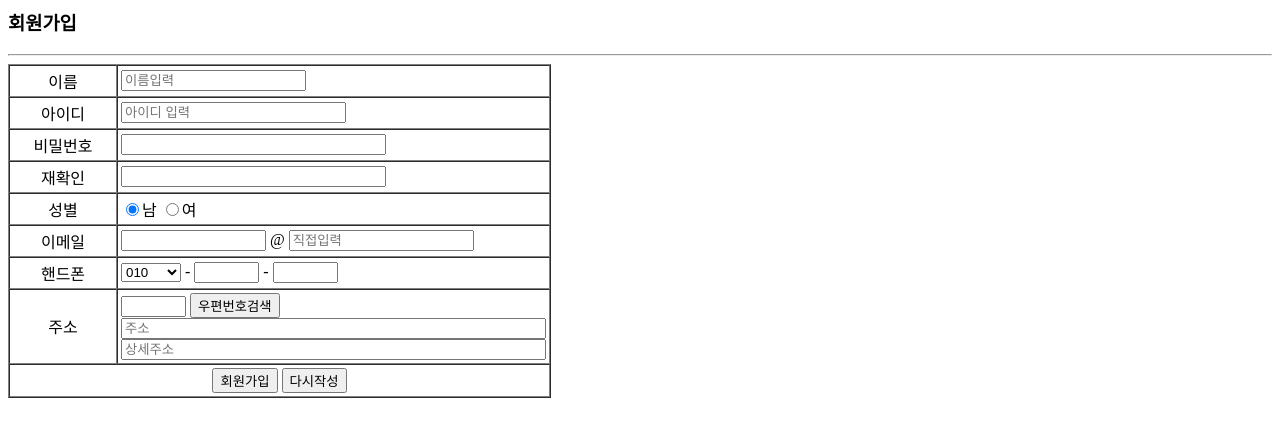
Repository: woodddd/spring
Page: http://localhost/SpringMVC/member/writeForm.jsp
These files come from the project's save history. The page is drawn as it stood at one moment and after the next save; the edit follows.
The browser window is 1280 px wide. The pictures show the whole page.
The page is served by Tomcat 9. Nobody is signed in. The application's start-up code is not run. Other server files are loaded and not shown.

Above is the page before, as saved 2021-02-18 06:50:25.

### workspace/SpringMVC/src/main/webapp/member/writeForm.jsp
<%@ page language="java" contentType="text/html; charset=UTF-8"
    pageEncoding="UTF-8"%>


<form name="writeForm" method="post" action="/spring/member/write">
<h3>회원가입</h3>
<hr>
<table border="1" cellpadding="3" cellspacing="0">
<tr>
	<td width="100" align="center">이름</td>
	<td>
		<input type="text" id="name" name="name" placeholder="이름입력">
		<div id="nameDiv"></div>
	</td>
</tr>

<tr>
	<td align="center">아이디</td>
	<td>
		<input type="text" id="id" name="id" size="25" placeholder="아이디 입력">
		<input type="hidden" id="check" value="">
		<div id="idDiv"></div>
	</td>
</tr>

<tr>
	<td align="center">비밀번호</td>
	<td>
		<input type="password" name="pwd" id="pwd" size="30">
		<div id="pwdDiv"></div>
	</td>

</tr>

<tr>
	<td align="center">재확인</td>
	<td>
		<input type="password" name="repwd" id="repwd" size="30">
		<div id="repwdDiv"></div>
	</td>
</tr>

<tr>
	<td align="center">성별</td>
	<td>
		<input type="radio" name="gender" value="0" checked>남
		<input type="radio" name="gender" value="1">여
	</td>
</tr>

<tr>
	<td align="center">이메일</td>
	<td>
		<input type="text" name="email1" size="15">
		@
		<input type="email" name="email2" list="email2" placeholder="직접입력">
		<datalist id="email2">
			<option value="gmail.com">
			<option value="naver.com">
			<option value="hanmail.net">
		</datalist>
	</td>
</tr>

<tr>
	<td align="center">핸드폰</td>
	<td>
	<select name="tel1" style="width: 60px;">
		<option value="010">010
		<option value="011">011
		<option value="019">019
	</select>
	 -
	 <input type="text" name="tel2" size="5">
	 -
	 <input type="text" name="tel3" size="5"></td>
</tr>

<tr>
	<td align="center">주소</td>
	<td>
		<input type="text" id="postcode" name="zipcode" size="5" readonly>
		<input type="button" value="우편번호검색" id="checkPostBtn"><br>
		<input type="text" id="address" name="addr1" size="50"  readonly placeholder="주소"><br>
		<input type="text" id="detailAddress" name="addr2" size="50" placeholder="상세주소">
	</td>
</tr>

<tr>
	<td colspan="2" align="center">
	<input type="button" id="writeBtn" value="회원가입">
	<input type="reset" value="다시작성">
</tr>
</table>
</form>
<script type="text/javascript" src="https://code.jquery.com/jquery-3.5.1.min.js"></script>
<script type="text/javascript" src="../js/member.js"></script>

### workspace/SpringMVC/src/main/webapp/js/member.js
//회원가입
$('#writeBtn').click(function(){
	$('#nameDiv').empty();
	$('#idDiv').empty();
	$('#pwdDiv').empty();
	$('#repwdDiv').empty();

	//if($('#name').val()==''){
	if($('input[id=name]').val()==''){//위와 동일한 방식
		$('#nameDiv').text('이름을 입력해주세요.')
		$('#nameDiv').css('color','red');
		$('#nameDiv').css('font-size','8pt');
		$('#nameDiv').css('font-weight','bold');

	}else if($('#id').val()==''){
		$('#idDiv').text('아이디를 입력해주세요')
		$('#idDiv').css('color','red');
		$('#idDiv').css('font-size','8pt');
		$('#idDiv').css('font-weight','bold');

	//}else if($('#pwd').val()==''){ id속성을 생성하지 않고 name 으로 하는 방법
	}else if($('#pwd').val()==''){//$('태그명[name=변수명]')
		$('#pwdDiv').text('비밀번호를 입력해주세요')
		$('#pwdDiv').css('color','red');
		$('#pwdDiv').css('font-size','8pt');
		$('#pwdDiv').css('font-weight','bold');

	}else if($('#repwd').val()!=$('#pwd').val()){
		$('#repwdDiv').text('비밀번호가 맞지 않습니다')
		$('#repwdDiv').css('color','red');
		$('#repwdDiv').css('font-size','8pt');
		$('#repwdDiv').css('font-weight','bold');
	}else if($('#id').val() != $('#check').val()){
		$('#idDiv').text('중복체크를 해주세요')
		$('#idDiv').css('color','red');
		$('#idDiv').css('font-size','8pt');
		$('#idDiv').css('font-weight','bold');
	}else{

		$('form[name=writeForm]').submit();
	}
});

//중복 아이디 체크.(중복체크버튼 제거했음)
$('#id').focusout(function(){
	if($('#id').val()==''){
		$('#idDiv').text('먼저 아이디를 입력하세요')
		$('#idDiv').css('color','magenta')
		$('#idDiv').css('font-size','8pt')
		$('#idDiv').css('font-weight','bold');

	}else{
		$.ajax({
			type: 'post',
			url: '/spring/member/checkId',
			data: 'id='+$('#id').val(),
			dataType: 'text',
			success: function(data){
				if(data == 'exist'){
					$('#idDiv').text('사용 불가능')
					$('#idDiv').css('color','magenta')
					$('#idDiv').css('font-size','8pt')
					$('#idDiv').css('font-weight','bold');

				}else if(data == 'non_exist'){
					$('#check').val($('#id').val());

					$('#idDiv').text('사용 가능')
					$('#idDiv').css('color','blue')
					$('#idDiv').css('font-size','8pt')
					$('#idDiv').css('font-weight','bold');
				}
			}
		});
	}
});

//우편번호

$('#checkPostBtn').click(function(){
	window.open("/spring/member/checkPost","zipcode","width=700 height=500 scrollbars=yes");
});

$('#checkPostSearchBtn').click(function(){
	$.ajax({
		type: 'post',
		url: '/spring/member/checkPostSearch',
		data: $('#checkPostForm').serialize() ,
		dataType: 'json',
		success: function(data){
			//alert(JSON.stringify(data));
			$('#checkPostTable tr:gt(2)').remove();

			$.each(data.list,function(index,items){
				var address = items.sido+' '
							+ items.sigungu+' '
							+ items.yubmyundong+' '
							+ items.ri+' '
							+ items.roadname+' '
							+ items.buildingname;

				address = address.replace(/null/g, '') //정규식 표현법 !  -  null이라는 글자를 전체에서 찾아서 ''으로 변환하겠다.

				$('<tr/>').append($('<td/>',{
					align: 'center',
					text: items.zipcode

				})).append($('<td/>',{
					colspan: '3',
					}).append($('<a/>',{
						href: '#',
						id: 'addressA',
						text: address
					}))
				).appendTo($('#checkPostTable'));
			});//each

			$('a').click(function(){//a태그가 클릭될때,
				//this - a 태그중 클릭된 a 태그
				//alert($(this).prop('tagName'));

				//prop - javascript property를 취급한다
				//선택된 요소의 속성과 값을 설정하거나 리턴합니다.
				//$(this).parent() => td

				//alert($(this).parent().prev()); - > 부모노드의 td중 이전 td의 값

				//alert($(this).parent().prev().text()); // 위의 태그 값찍기.

				$('#postcode', opener.document).val($(this).parent().prev().text()); //$('#postcode', opener.document) 열려있는 창들중에 id가 postcode인 태그.
				//a태그의 부모태그인 td태그의 이전태그의 text.
				$('#address', opener.document).val($(this).text());//a태그의 텍스트
				$('#detailAddress', opener.document).focus(); //jquery 의 문법을 사용. ajax 는 parentNode 와 같이 사용을 한다.
				window.close();
			});

		},
		error: function(err){
			console.log(err);
		}
	});
});//serialize() - id가 checkPostForm 인 태그의 name 변수를 넘겨달라. 'sido='+$('#sido').val() + '&sigungu=' + $('sigungu').val() ... 로 넘어감.


//회원정보 수정
$('#modifyBtn').click(function(){
	$('#nameDiv').empty();
	$('#pwdDiv').empty();
	$('#repwdDiv').empty();

	if($('#name').val()==''){
		$('#nameDiv').text('이름을 입력')
		$('#nameDiv').css('color','red');
		$('#nameDiv').css('font-size','8pt');
		$('#nameDiv').css('font-weight','bold');

	}else if($('input[name=pwd]').val()==''){//$('태그명[name=변수명]')
		$('#pwdDiv').text('비밀번호를 입력')
		$('#pwdDiv').css('color','red');
		$('#pwdDiv').css('font-size','8pt');
		$('#pwdDiv').css('font-weight','bold');

	}else if($('input[name=repwd]').val()!=$('input[name=pwd]').val()){
		$('#repwdDiv').text('비밀번호가 맞지 않습니다')
		$('#repwdDiv').css('color','red');
		$('#repwdDiv').css('font-size','8pt');
		$('#repwdDiv').css('font-weight','bold');
	}else{
		$.ajax({
			type: 'post',
			url: '/spring/member/modify',
			data: $('#modifyForm').serialize() ,
			success: function(){
				alert('회원정보 수정 완료');
				location.href='/spring/index.jsp';
			},
			error: function(err){
				console.log(err);
			}
		});
	}
});

After the next save:
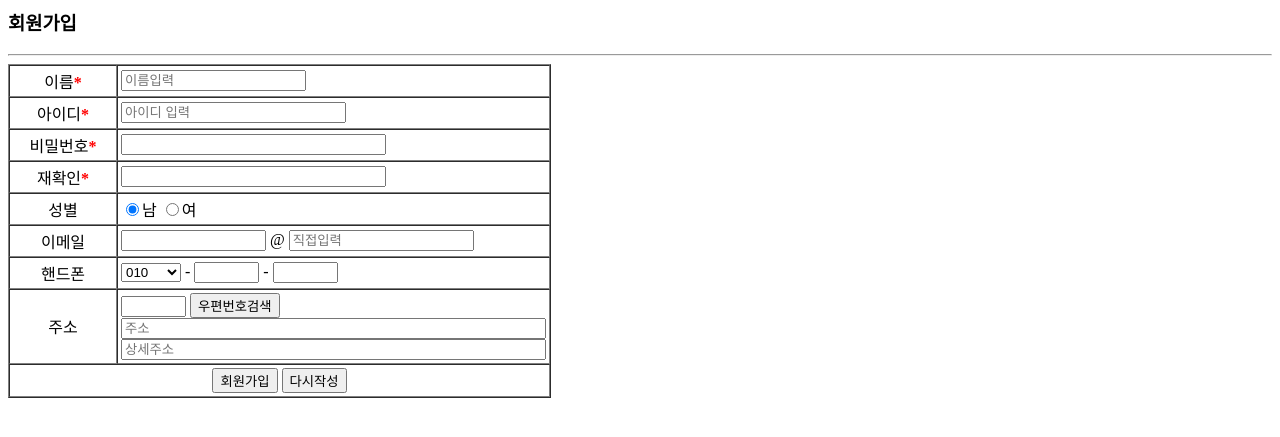
Saved 9 min 58 s later.
--- a/workspace/SpringMVC/src/main/webapp/member/writeForm.jsp
+++ b/workspace/SpringMVC/src/main/webapp/member/writeForm.jsp
@@ -7,7 +7,7 @@
 <hr>
 <table border="1" cellpadding="3" cellspacing="0">
 <tr>
-	<td width="100" align="center">이름</td>
+	<td width="100" align="center">이름<span style="color:red; font-weight:bold;">*</span></td>
 	<td>
 		<input type="text" id="name" name="name" placeholder="이름입력">
 		<div id="nameDiv"></div>
@@ -15,7 +15,7 @@
 </tr>
 
 <tr>
-	<td align="center">아이디</td>
+	<td align="center">아이디<span style="color:red; font-weight:bold;">*</span></td>
 	<td>
 		<input type="text" id="id" name="id" size="25" placeholder="아이디 입력">
 		<input type="hidden" id="check" value="">
@@ -24,7 +24,7 @@
 </tr>
 
 <tr>
-	<td align="center">비밀번호</td>
+	<td align="center">비밀번호<span style="color:red; font-weight:bold;">*</span></td>
 	<td>
 		<input type="password" name="pwd" id="pwd" size="30">
 		<div id="pwdDiv"></div>
@@ -33,7 +33,7 @@
 </tr>
 
 <tr>
-	<td align="center">재확인</td>
+	<td align="center">재확인<span style="color:red; font-weight:bold;">*</span></td>
 	<td>
 		<input type="password" name="repwd" id="repwd" size="30">
 		<div id="repwdDiv"></div>
